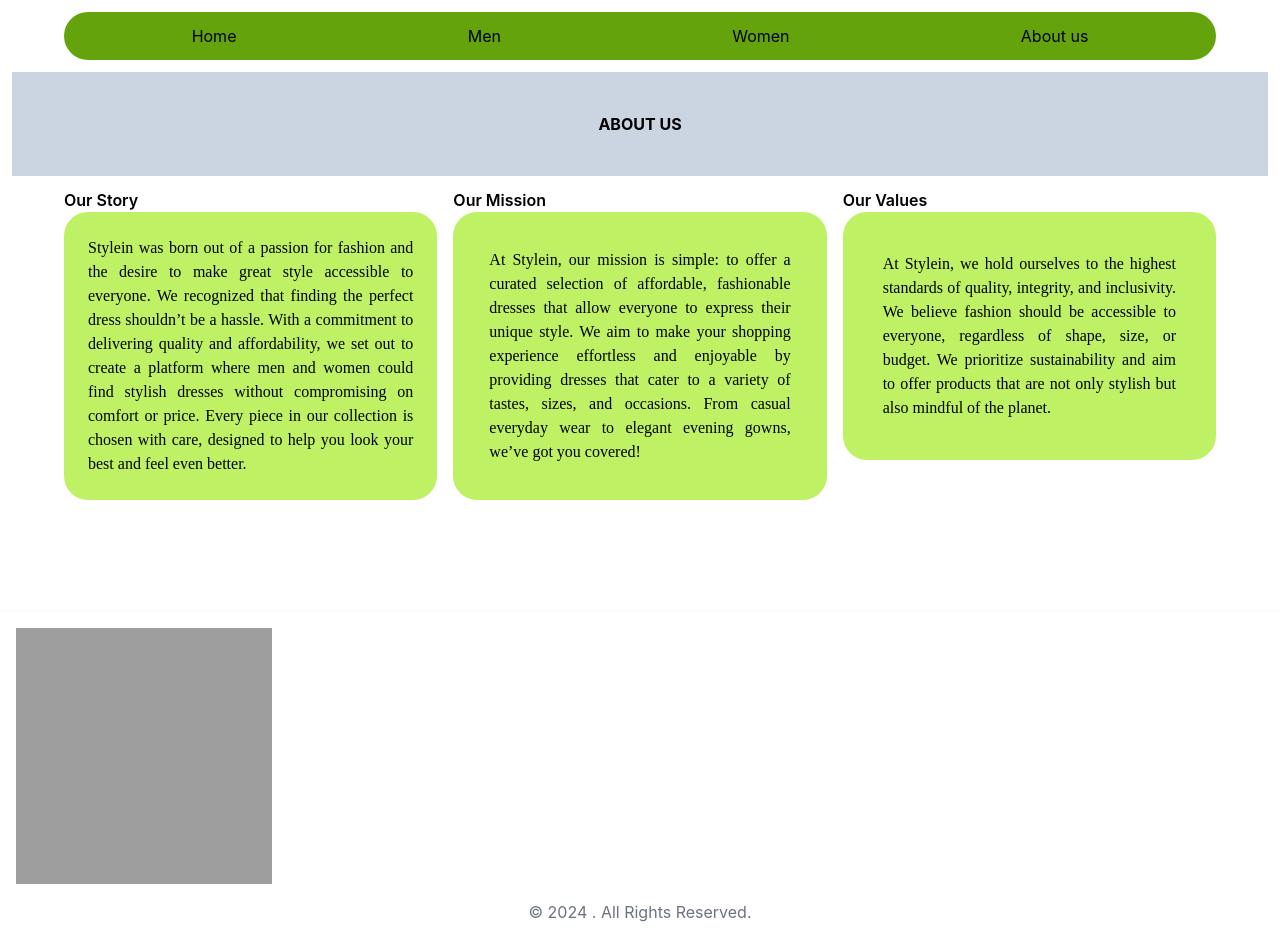
Repository: Mohankkanth/StyleIn_ShoppingSite
Page: /AboutUs
The author's editor kept a copy of each file at every save. The page is drawn from the files as they stood at one save, then again after the next save.
The browser window is 1280 px wide. The pictures show the whole page.
Pictures or frames that could not be fetched are drawn as grey boxes. The project was rebuilt for these pictures with package versions that can differ from the ones it lists, and the page was loaded fresh each time. Also part of the build but not shown: vite.config.js, src/component/Home/Home.jsx, src/component/api/MenProducts.jsx, src/component/Men/Men.jsx, src/component/Women/Women.jsx, src/component/api/KidsProducts.jsx, src/component/Kids/Kids.jsx, src/component/Errorpage/Errorpage.jsx and 18 more.

Above is the page before, as saved 2024-11-23 14:04:02.

After the next save:
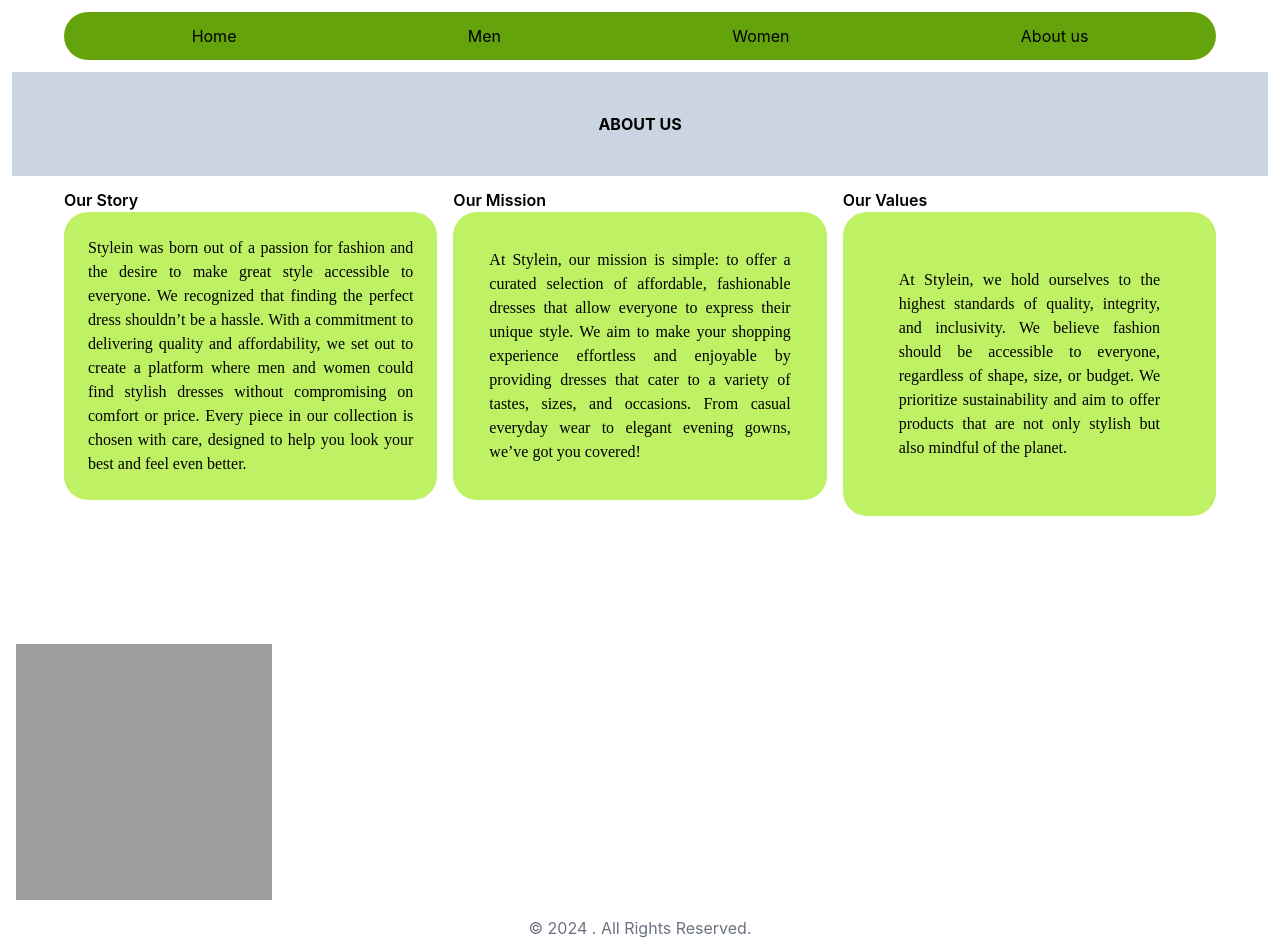
Saved 8 s later.
--- a/src/component/AboutUs/Aboutus.jsx
+++ b/src/component/AboutUs/Aboutus.jsx
@@ -21,7 +21,7 @@
 
                     <div>
                         <p className='font-semibold text-justify'>Our Values</p>
-                        <p className='bg-lime-300  rounded-3xl font-[Raleway] text-justify p-10'>
+                        <p className='bg-lime-300  rounded-3xl font-[Raleway] text-justify p-14'>
                             At Stylein, we hold ourselves to the highest standards of quality, integrity, and inclusivity. We believe fashion should be accessible to everyone, regardless of shape, size, or budget. We prioritize sustainability and aim to offer products that are not only stylish but also mindful of the planet.</p>
                     </div>
 
